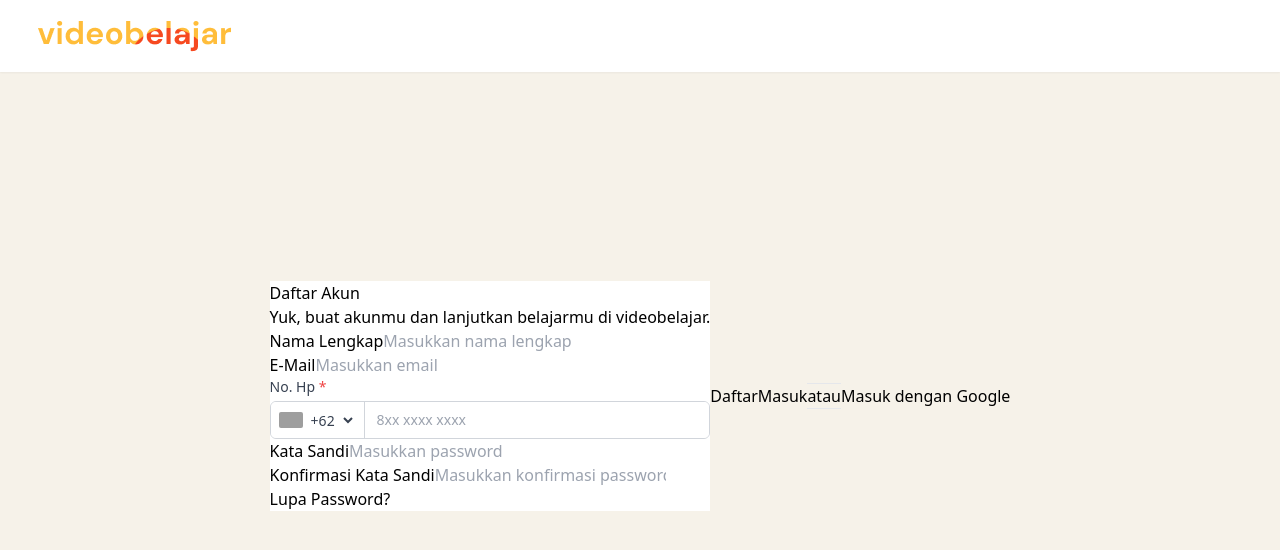
Repository: dimascahyanugraha/Course-Mission-4
Page: /signup
The author's editor kept a copy of each file at every save. The page is drawn from the files as they stood at one save, then again after the next save.
The browser window is 1280 px wide. The pictures show the whole page.
Pictures or frames that could not be fetched are drawn as grey boxes. The project was rebuilt for these pictures with package versions that can differ from the ones it lists, and the page was loaded fresh each time. Also part of the build but not shown: vite.config.js, src/components/LoginPage.jsx.

Above is the page before, as saved 2026-05-29 10:47:10.

After the next save:
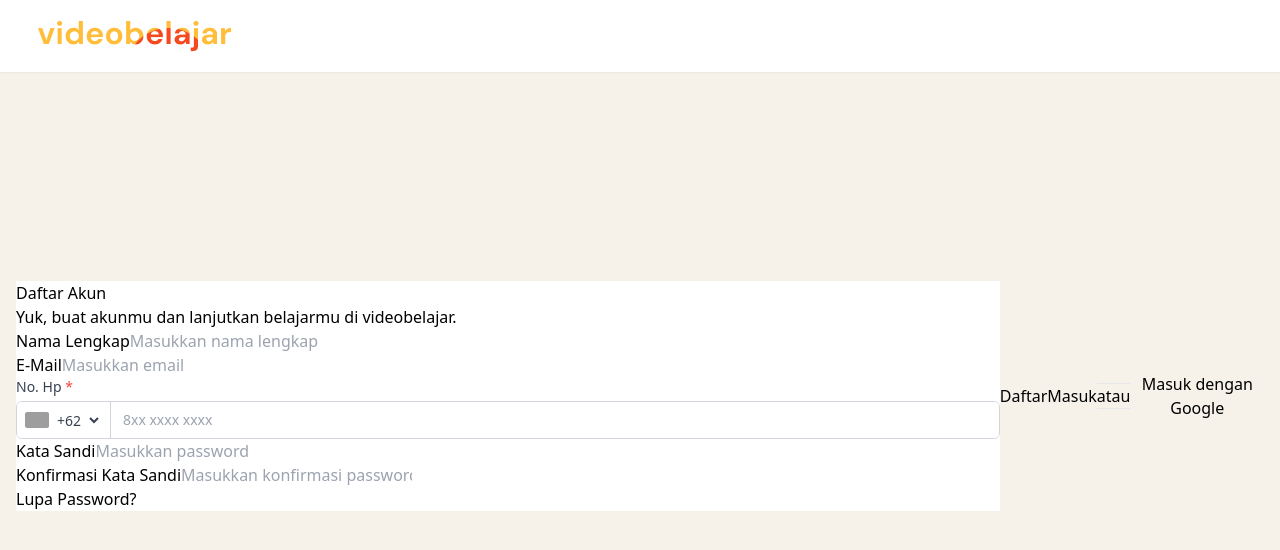
Saved 5 s later.
--- a/src/components/Signup.jsx
+++ b/src/components/Signup.jsx
@@ -9,7 +9,7 @@ export default function Signup() {
       </header>
 
       <main className="flex flex-auto justify-center items-center px-4">
-        <div className="bg-white">
+        <div className="bg-white w-full">
           <h2>Daftar Akun</h2>
           <p>Yuk, buat akunmu dan lanjutkan belajarmu di videobelajar.</p>
           <form>
